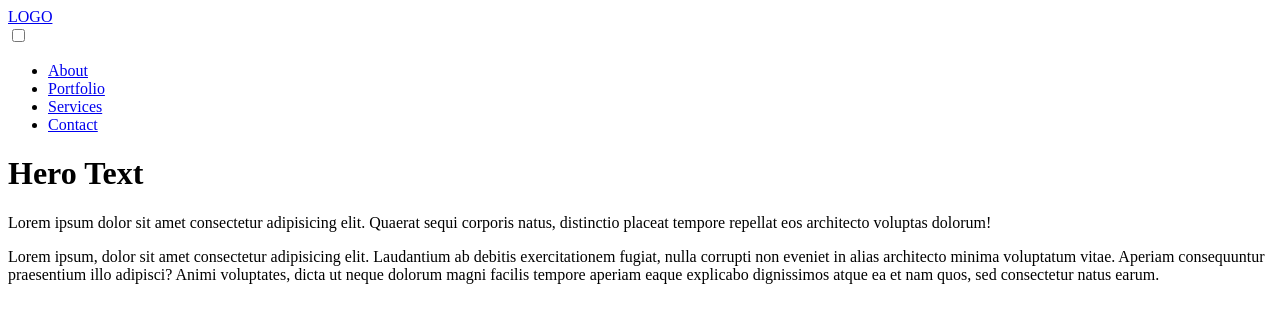
Repository: digiangler/animated-responsive-navbar
Page: dist/index.html
These files come from the project's save history. The page is drawn as it stood at one moment and after the next save; the edit follows.
The browser window is 1280 px wide. The pictures show the whole page.
The style sheet was rebuilt from its Sass, Less or Tailwind sources for each picture, by a compiler version that may differ from the author's.

Above is the page before, as saved 2020-10-21 01:14:37.

### dist/index.html
<!DOCTYPE html>
<html lang="ja">
  <head>
    <meta charset="UTF-8" />
    <meta name="viewport" content="width=device-width, initial-scale=1.0" />
    <link rel="stylesheet" href="css/main.css" />
    <title>Responsive Navbar Tutorial</title>
  </head>
  <body>
    <header class="main-header">
      <div class="logo">
        <a href="#">LOGO</a>
      </div>

      <input type="checkbox" class="menu-btn" id="menu-btn" />
      <label for="menu-btn" class="menu-icon">
        <span class="menu-icon__line"></span>
      </label>

      <ul class="nav-links">
        <li class="nav-link"><a href="#">About</a></li>
        <li class="nav-link"><a href="#">Portfolio</a></li>
        <li class="nav-link"><a href="#">Services</a></li>
        <li class="nav-link"><a href="#">Contact</a></li>
      </ul>
    </header>
    <div class="hero">
      <h1>Hero Text</h1>
    </div>
    <div class="container">
      <p>
        Lorem ipsum dolor sit amet consectetur adipisicing elit. Quaerat sequi
        corporis natus, distinctio placeat tempore repellat eos architecto
        voluptas dolorum!
      </p>
      <p>
        Lorem ipsum, dolor sit amet consectetur adipisicing elit. Laudantium ab
        debitis exercitationem fugiat, nulla corrupti non eveniet in alias
        architecto minima voluptatum vitae. Aperiam consequuntur praesentium
        illo adipisci? Animi voluptates, dicta ut neque dolorum magni facilis
        tempore aperiam eaque explicabo dignissimos atque ea et nam quos, sed
        consectetur natus earum.
      </p>
    </div>
    <script src="js/main.js"></script>
  </body>
</html>

### scss/main.scss
@import url("https://fonts.googleapis.com/css?family=Montserrat&display=swap");

Loaded but not shown: dist/js/main.js (no copy from this time; the picture is the same without it)

After the next save:
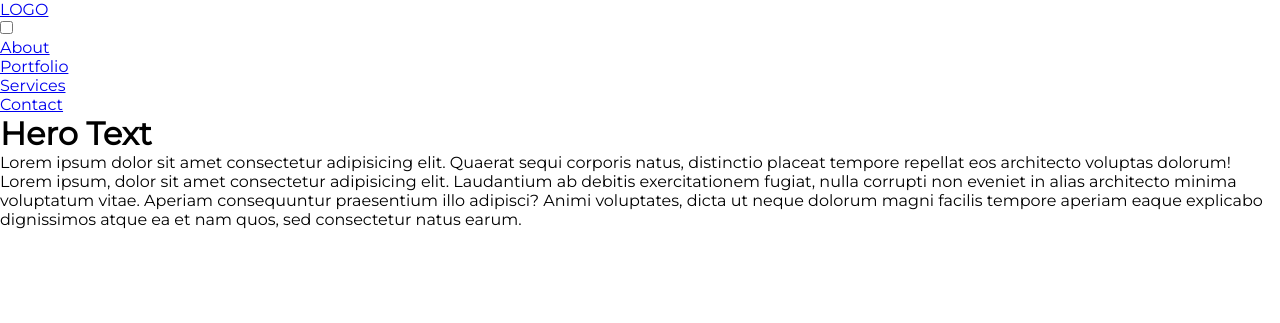
Saved 2 min 33 s later.
--- a/scss/main.scss
+++ b/scss/main.scss
@@ -1 +1,11 @@
 @import url("https://fonts.googleapis.com/css?family=Montserrat&display=swap");
+
+* {
+  box-sizing: border-box;
+  margin: 0;
+  padding: 0;
+}
+
+body {
+  font-family: "Montserrat", "sans-serif";
+}
